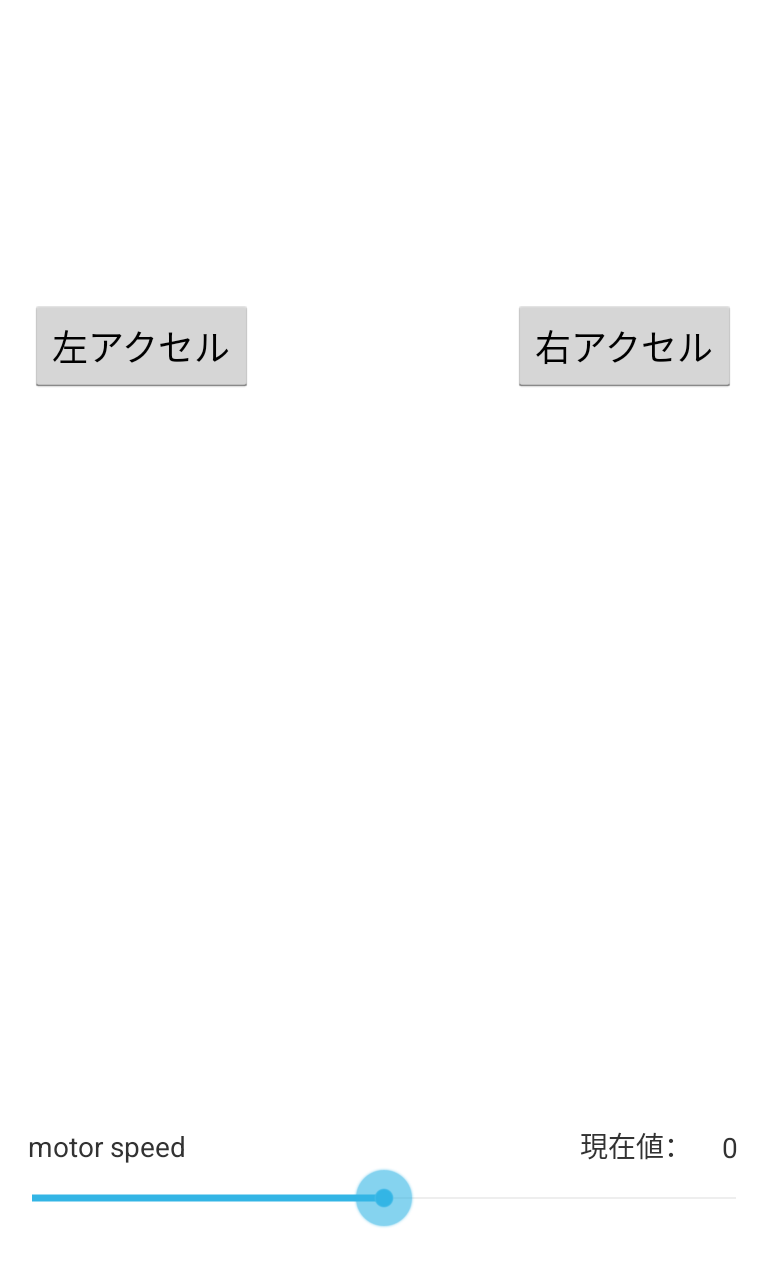
Repository: takugoto/2WD-car
Layout: workspace/2WDcar/res/layout/activity_main.xml
The author's editor kept a copy of each file at every save. The layout is drawn from the files as they stood at one save, then again after the next save.
It is drawn on a 768 x 1280 px phone screen (xhdpi) without system bars, with theme AppTheme; the app's code is not run.

Above is the layout before, as saved 2012-12-13 04:33:01.

After the next save:
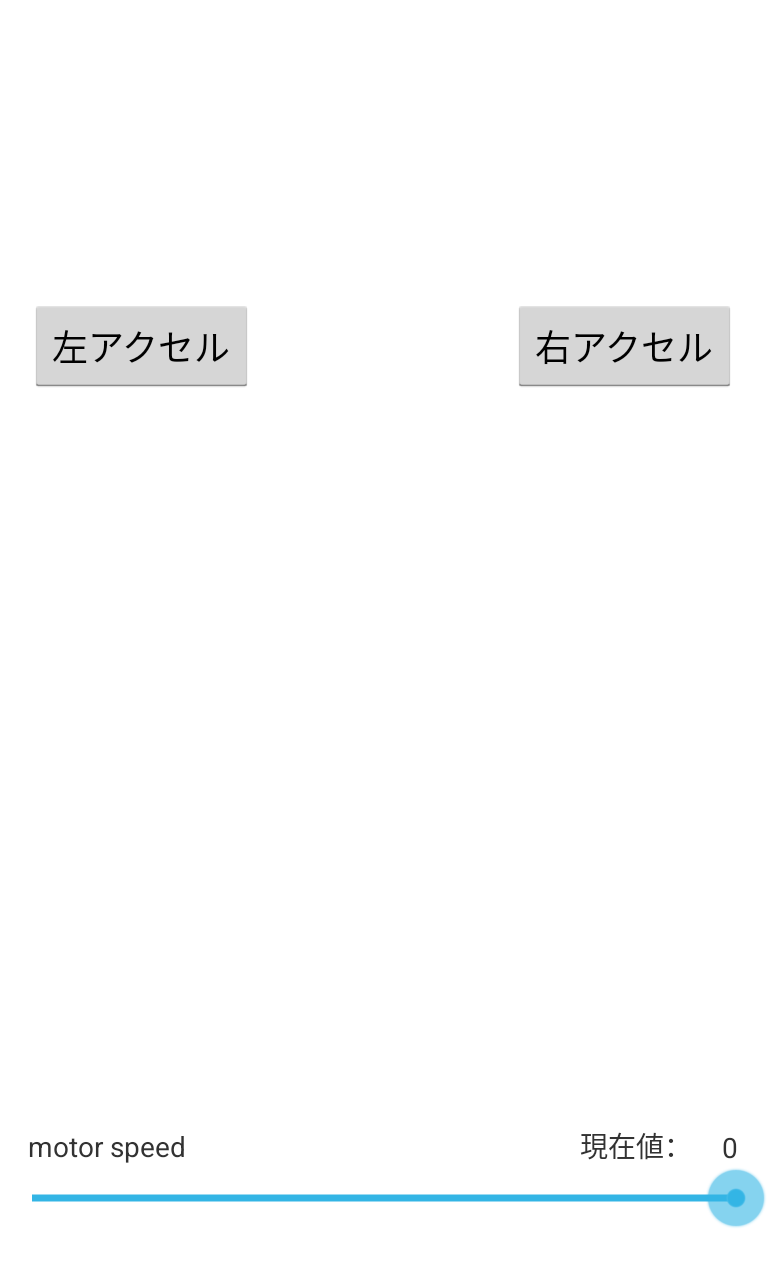
Saved 8 s later.
--- a/workspace/2WDcar/res/layout/activity_main.xml
+++ b/workspace/2WDcar/res/layout/activity_main.xml
@@ -10,8 +10,8 @@
         android:layout_alignParentBottom="true"
         android:layout_alignParentLeft="true"
         android:layout_marginBottom="25dp"
-        android:max="100"
-        android:progress="50" />
+        android:max="1000"
+        android:progress="2000" />
 
     <Button
         android:id="@+id/button1"
